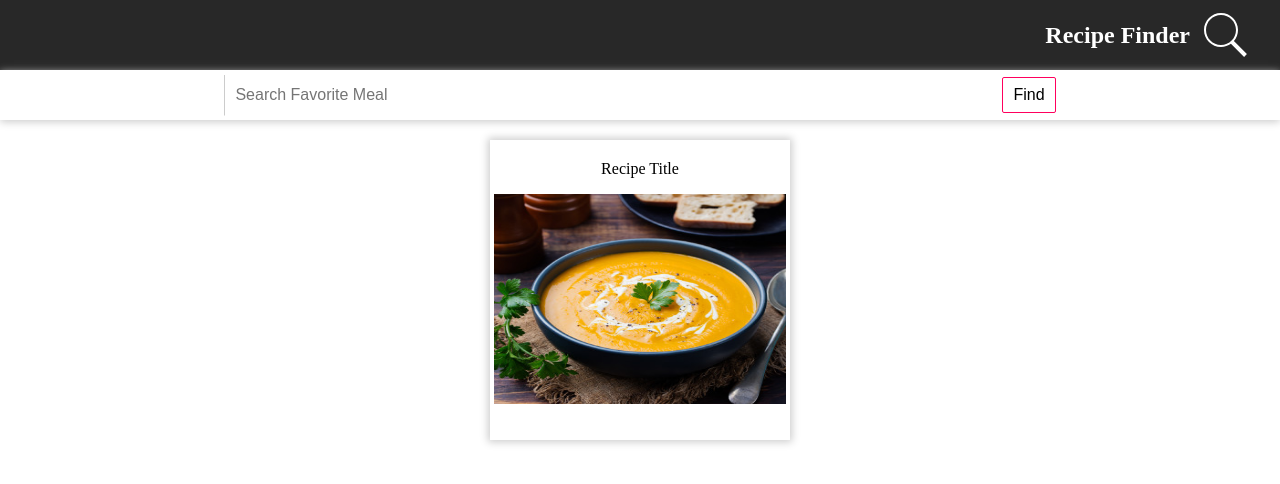
Repository: burntaftermint/recipes
Page: index.html
These files come from the project's save history. The page is drawn as it stood at one moment and after the next save; the edit follows.
The browser window is 1280 px wide. The pictures show the whole page.
The page's requests for data from a server got no answer.

Above is the page before, as saved 2023-11-07 00:22:40.

### index.html
<!DOCTYPE html>
<html lang="en">
<head>
    <meta charset="UTF-8">
    <meta name="viewport" content="width=device-width, initial-scale=1.0">
    <title>Recipe Finder</title>
    <link rel="stylesheet" href="style.css">
    <script src="app.js" defer></script>
</head>
<body>
    <header>
        <h2>Recipe Finder</h2>
        <img src="images/search.svg" alt="Search">
    </header>
    <section class="container">
        <div class="search">
            <input type="text" placeholder="Search Favorite Meal" autofocus>
            <button class="btn">Find</button>
        </div>
        <div id="recipe-container">
            <div class="recipe">
                <div class="recipe-title">Recipe Title</div>
                <div class="recipe-image">
                    <img src="images/recipe.jpeg" alt="Recipe">
                </div>


        <div class="recipe-text">
            <ul>
                <li>Step 1</li>
                <li>Step 2</li>
                <li>Step 3</li>
                <li>Step 4</li>
                <li>Step 5</li>
            </ul>
        </div>
    </div>
</div>
    </section>
</body>
</html>

### style.css
:root {
    --light-color: #fff;
    --dark-color: #282828;
    --header-height: 70px;
    --search-height: 50px;
    --border-color: #ccc;
}
* {
    margin: 0;
    padding: 0;
    box-sizing: border-box;
}

body {
    height: 100vh;
    width: 100vw;
    background: var(--light-color);
}

.container {
    text-align: center;
    height: calc(100vh - var(--header-height));
}

header {
    height: var(--header-height);
    background: var(--dark-color);
    display: flex;
    align-items: center;
    justify-content: flex-end;
    color: var(--light-color);
    gap: 10px;
    padding-right: 30px;
}

header img {
    filter: invert(1);
}

.search {
    display: flex;
    justify-content: center;
    align-items: center;
    height: var(--search-height);
    gap: 10px;
    box-shadow: 0px 2px 8px 0px var(--border-color);
}

.search input[type="text"] {
    padding: 8px 10px;
    line-height: 1.5;
    font-size: 1rem;
    border: none;
    border-left: 1px solid var(--border-color);
    border-bottom: 1px solid transparent;
    outline: none;
    transition: all 200ms ease-in-out;
    width: 60%;

}

.search input[type="text"] :focus {
    border-left-color: transparent;
    border-bottom-color: var(--border-color);
    width: 61%;
}

.btn {
    padding: 8px 10px;
    background: transparent;
    border-radius: 2px;
    user-select: none;
    font-size: 1rem;
    border: 1px solid #ff005d;
    cursor: pointer;
}

.btn:hover {
    background: #ff005d;
    border-color: var(--light-color);
}

#recipe-container {
    display: flex;
    justify-content: center;
    align-items: flex-start;
}

.recipe {
    height: 300px;
    width: 300px;
    padding: 4px;
    box-shadow: 0px 0px 8px 2px var(--border-color);
    margin: 20px;
    transition: all 200ms ease-in-out;
}

.recipe-title {
    height: 50px;
    display: flex;
    align-items: center;
    justify-content: center;
    font-size: 1rem;
}

.recipe-image {
    height: 210px;
}

.recipe-image img {
    height: 100%;
    width: 100%;
}

.recipe-text {
    height: 0px;
    visibility: hidden;
    opacity: 0;
    transition: all 200ms ease-in-out;
    background: #ccc;
    margin-top: 20px;
    overflow: hidden;
    overflow-y: auto;
    transform: scale(.8);
    transform-origin: top left;
}

.recipe-text ul {
    list-style-type: circle;
    list-style-position: inside;
    text-align: left;
    padding: 5px;
}

.recipe-text ul > li {
    padding: 5px;
}

.recipe:hover .recipe-text {
    height: 120px;
    visibility: visible;
    opacity: 1;
    transform: scale(1);
}

.recipe:hover{
    height: 420px;
}

### app.js
const appId = "4b9421ae";
const appKey = "bbff63d7d53d545896d77f31eca36816";
const baseUrl = `https://api.edamam.com/api/recipes/v2?type=public&q=chicken&app_id=${appId}&app_key=${appKey}`;

function loadRecipes(type="panner") {
    const url=baseUrl+ `&q=${type}`;
    fetch(url)
    .then(res => res.json())
    .then(data=>console.log(data.hits))
    .catch((error) => console.log(error));
}
loadRecipes();

const renderRecipies = (recipeList=[]) => {
    recipeList.forEach(recipeObject => {

    })
}

After the next save:
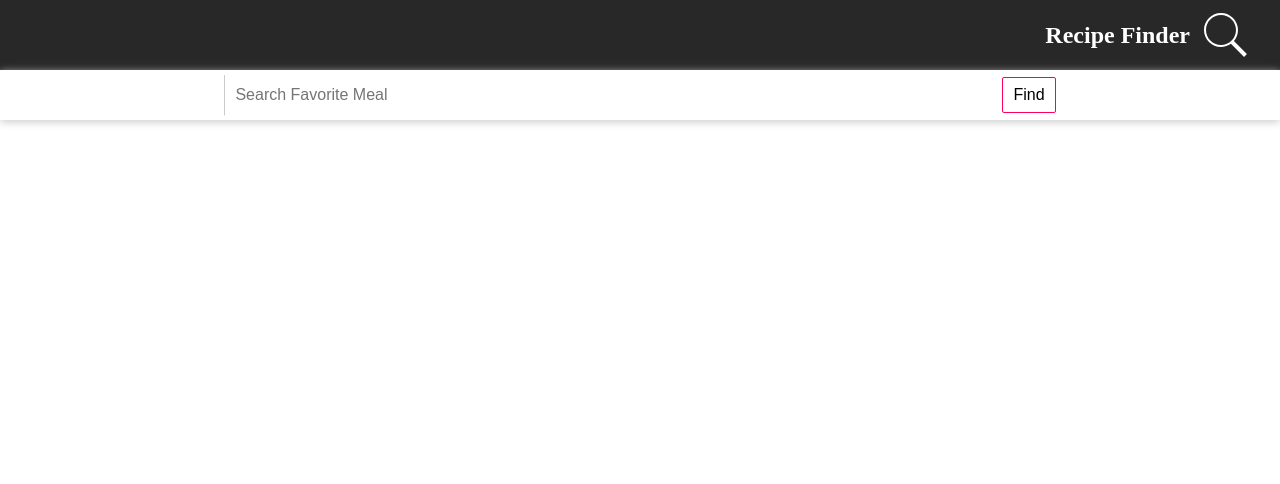
Saved 34 s later.
--- a/index.html
+++ b/index.html
@@ -18,23 +18,7 @@
             <button class="btn">Find</button>
         </div>
         <div id="recipe-container">
-            <div class="recipe">
-                <div class="recipe-title">Recipe Title</div>
-                <div class="recipe-image">
-                    <img src="images/recipe.jpeg" alt="Recipe">
-                </div>
 
-
-        <div class="recipe-text">
-            <ul>
-                <li>Step 1</li>
-                <li>Step 2</li>
-                <li>Step 3</li>
-                <li>Step 4</li>
-                <li>Step 5</li>
-            </ul>
-        </div>
-    </div>
 </div>
     </section>
 </body>
